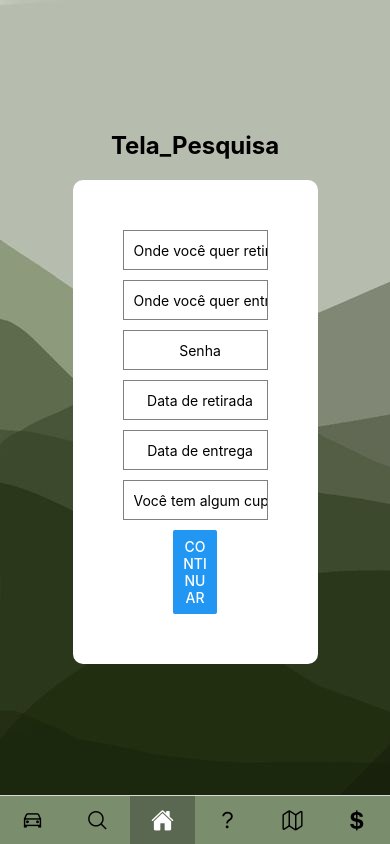
Repository: GabrielAron/EcoWheels
Page: /Home
These files come from the project's save history. The page is drawn as it stood at one moment and after the next save; the edit follows.
The browser window is 390 px wide. The pictures show the whole page.
The app was drawn by React Native's web renderer in a window 390 px wide. The project was rebuilt for these pictures with package versions that can differ from the ones it lists, and the page was loaded fresh each time. Also part of the build but not shown: src/Paginas/Carros/index.js, src/Paginas/Ajuda/index.js, src/Paginas/Mapa/index.js, src/Paginas/Pagamento/pagamento.js.

Above is the page before, as saved 2023-11-24 14:39:14.

After the next save:
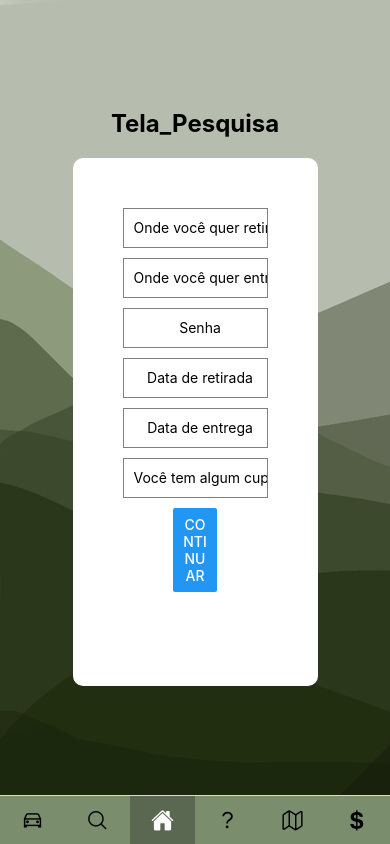
Saved 8 s later.
--- a/src/Paginas/Home/index.js
+++ b/src/Paginas/Home/index.js
@@ -53,7 +53,7 @@ const styles = StyleSheet.create({
     borderRadius: 10,
     padding: 50,
     width: '70%',
-    height:'70',
+    height:'70%',
     alignSelf: 'center',
   },
   buttonContainer: {
